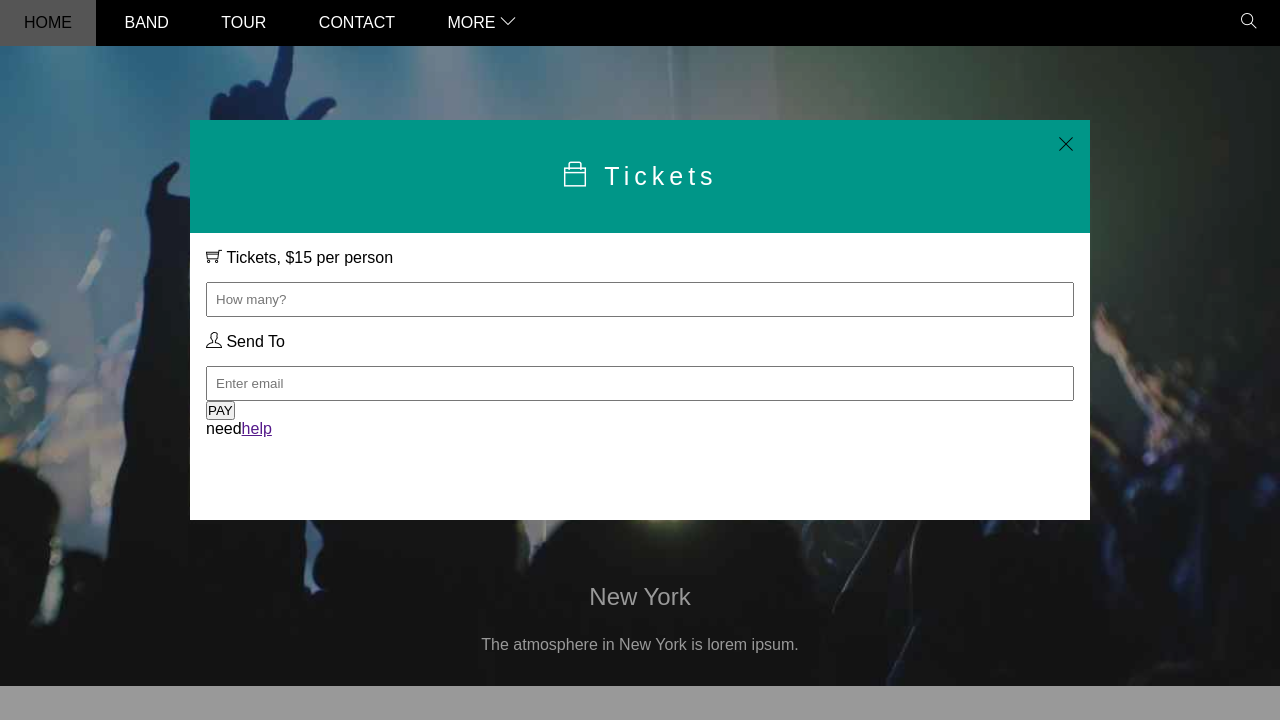
Repository: tung1233hhhhhhhhhhhhh/Website
Page: w3_band/index.html
The author's editor kept a copy of each file at every save. The page is drawn from the files as they stood at one save, then again after the next save.
The browser window is 1280 px wide. The pictures show the window.
A layer covers the whole window, so only the first screen is drawn.

Above is the page before, as saved 2023-02-18 21:40:22.

After the next save:
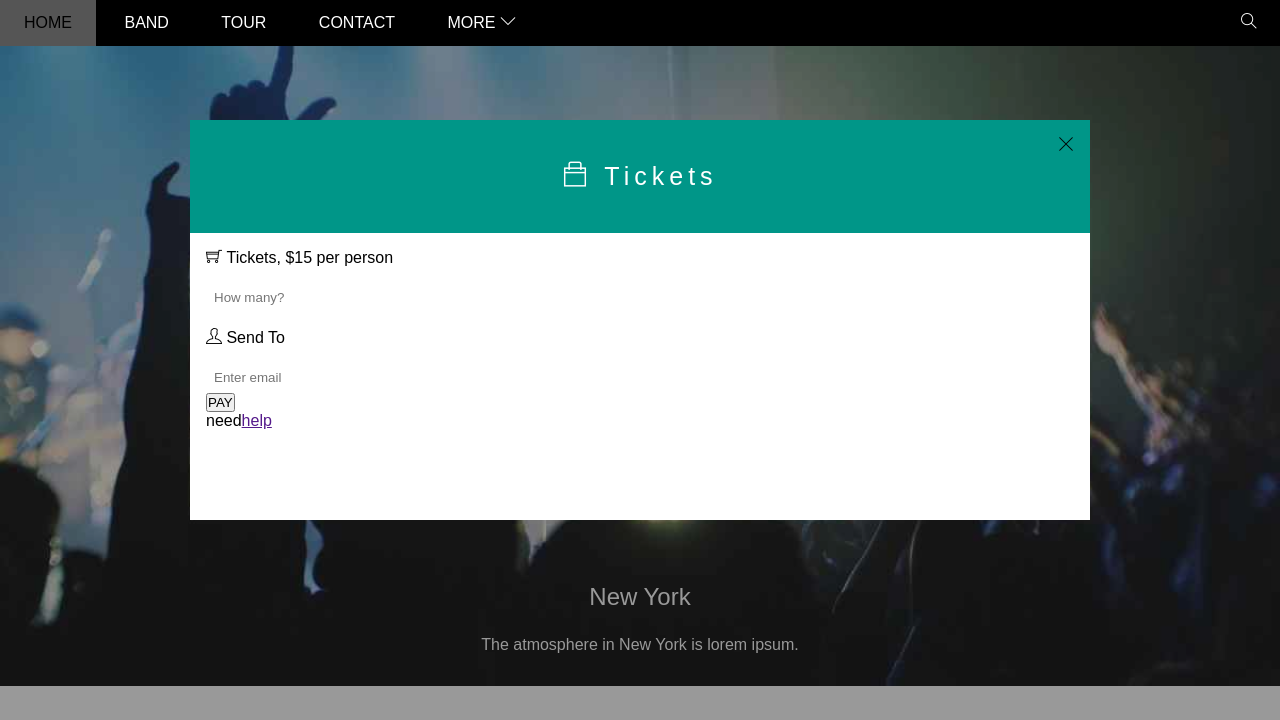
Saved 19 s later.
--- a/w3_band/assets/css/style.css
+++ b/w3_band/assets/css/style.css
@@ -430,4 +430,5 @@
 .modal .modal-body .input-lable {
     width: 100%;
     padding: 8px;
-}
+    border: none;
+}

After the save that followed:
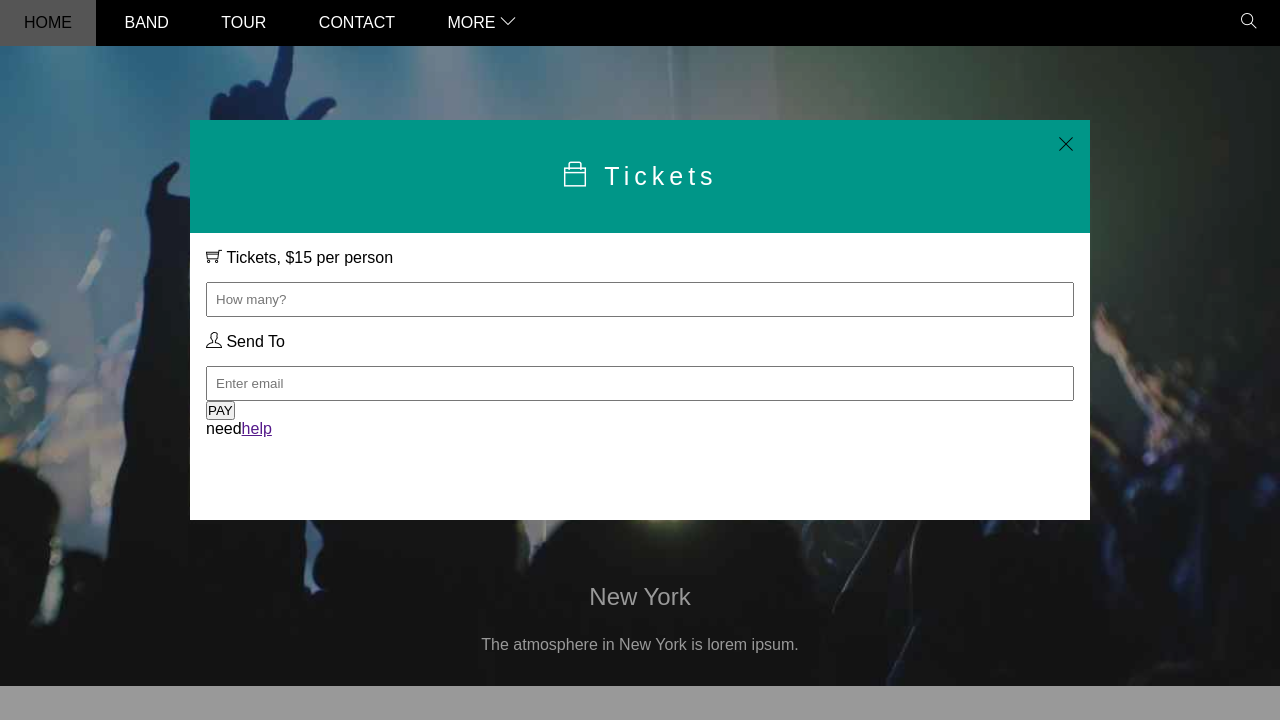
Saved 16 s later.
--- a/w3_band/assets/css/style.css
+++ b/w3_band/assets/css/style.css
@@ -430,5 +430,5 @@
 .modal .modal-body .input-lable {
     width: 100%;
     padding: 8px;
-    border: none;
-}
+    border-color: ;
+}
